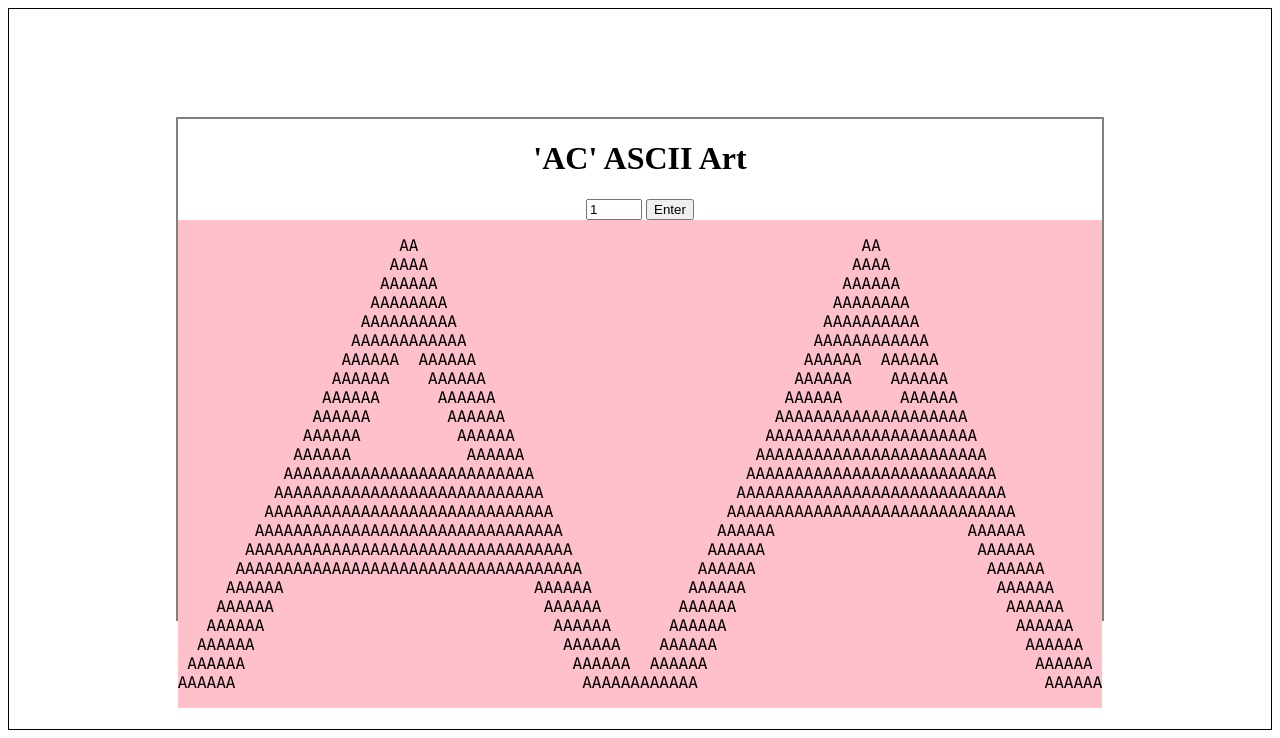
Repository: Achorn/ascii-art
Page: index.html
An editor plug-in stored every save of this project. The page is shown before and after the next save, followed by the edit.
The browser window is 1280 px wide. The pictures show the whole page.

Above is the page before, as saved 2021-08-09 18:08:07.

### index.html
<!DOCTYPE html>
<html lang="en">
  <head>
    <link rel="stylesheet" href="styles.css" />
    <meta charset="UTF-8" />
    <meta http-equiv="X-UA-Compatible" content="IE=edge" />
    <meta name="viewport" content="width=device-width, initial-scale=1.0" />
    <title>Document</title>
  </head>
  <body>
    <form>
      <h1>'AC' ASCII Art</h1>
      <input type="number" min="1" value="1" max="10" />
      <button>Enter</button>
      <div id="ascii-container">
        <div id="a-container">
          <p id="mono-a" style="font-family: 'Lucida Console', monospace"></p>
        </div>
        <div id="c-container">
          <p id="mono-c" style="font-family: 'Lucida Console', monospace"></p>
        </div>
      </div>
    </form>
    <script type="text/javascript" src="myscripts.js"></script>
  </body>
</html>

### styles.css
body {
  border: 1px solid black;
  display: flex;
  flex-direction: column;
  justify-content: center;
  align-items: center;
  height: 100vh;
}

form {
  border: 2px solid grey;
  height: 500px;
  /* width: 400px; */
  text-align: center;
}

#ascii-container {
  display: flex;
}

#a-container {
  background-color: pink;
}
#c-container {
  background-color: pink;
}
#mono-a {
  /* font-size: 25.5vw; */

  white-space: pre;
}
#mono-c {
  white-space: pre;
}

### myscripts.js
let four = [
  [" ", " ", " ", "A"],
  [" ", " ", "A", " "],
  [" ", "A", "A", "A"],
  ["A", " ", " ", " "],
];

let eight = [
  [" ", " ", " ", " ", " ", " ", " ", "A"],
  [" ", " ", " ", " ", " ", " ", "A", "A"],
  [" ", " ", " ", " ", " ", "A", "A", " "],
  [" ", " ", " ", " ", "A", "A", "A", "A"],
  [" ", " ", " ", "A", "A", "A", "A", "A"],
  [" ", " ", "A", "A", " ", " ", " ", " "],
  [" ", "A", "A", " ", " ", " ", " ", " "],
  ["A", "A", " ", " ", " ", " ", " ", " "],
];

function scaleSpread(array, factor) {
  const scaled = [];

  for (const row of array) {
    let x = [];

    for (const item of row) x.push(...Array(factor).fill(item));

    scaled.push(...Array(factor).fill(x));
  }

  return scaled;
}

function arrToString(arr) {
  let string = "";
  for (let i = 0; i < arr.length; i++) {
    string += arr[i].join("") + "<br>";
  }
  return string;
}

function halfArrToString(arr) {
  let string = "";
  for (let i = 0; i < arr.length; i++) {
    string += arr[i].join("");
    let rev = arr[i].slice();
    string += rev.reverse().join("");
    string += "<br>";
  }
  return string;
}
function trimA(arr, lWidth) {
  for (i = 0; i < arr.length; i++) {
    let disp = lWidth - (i % lWidth) - 1;
    let newArr = arr[i].slice();
    for (let j = 0; j < disp; j++) {
      newArr.pop();
      newArr.unshift(" ");
    }
    arr[i] = newArr;
  }
}

let monoA = document.getElementById("mono-a");
let monoC = document.getElementById("mono-c");
let scale = 6;
let scaledFour = scaleSpread(four, scale);
trimA(scaledFour, scale);

let scaledEight = scaleSpread(eight, 3);
trimA(scaledEight, 3);
// mono.innerHTML = halfArrToString(scaleSpread(four, 7));
// monoA.style.fontSize = `${4 / scale / 2}em`;
// monoC.style.fontSize = `${4 / scale}em`;
monoA.innerHTML = halfArrToString(scaledFour);
monoC.innerHTML = halfArrToString(scaledEight);
// mono.innerHTML += arrToString(scaleSpread(eight, 1));

After the next save:
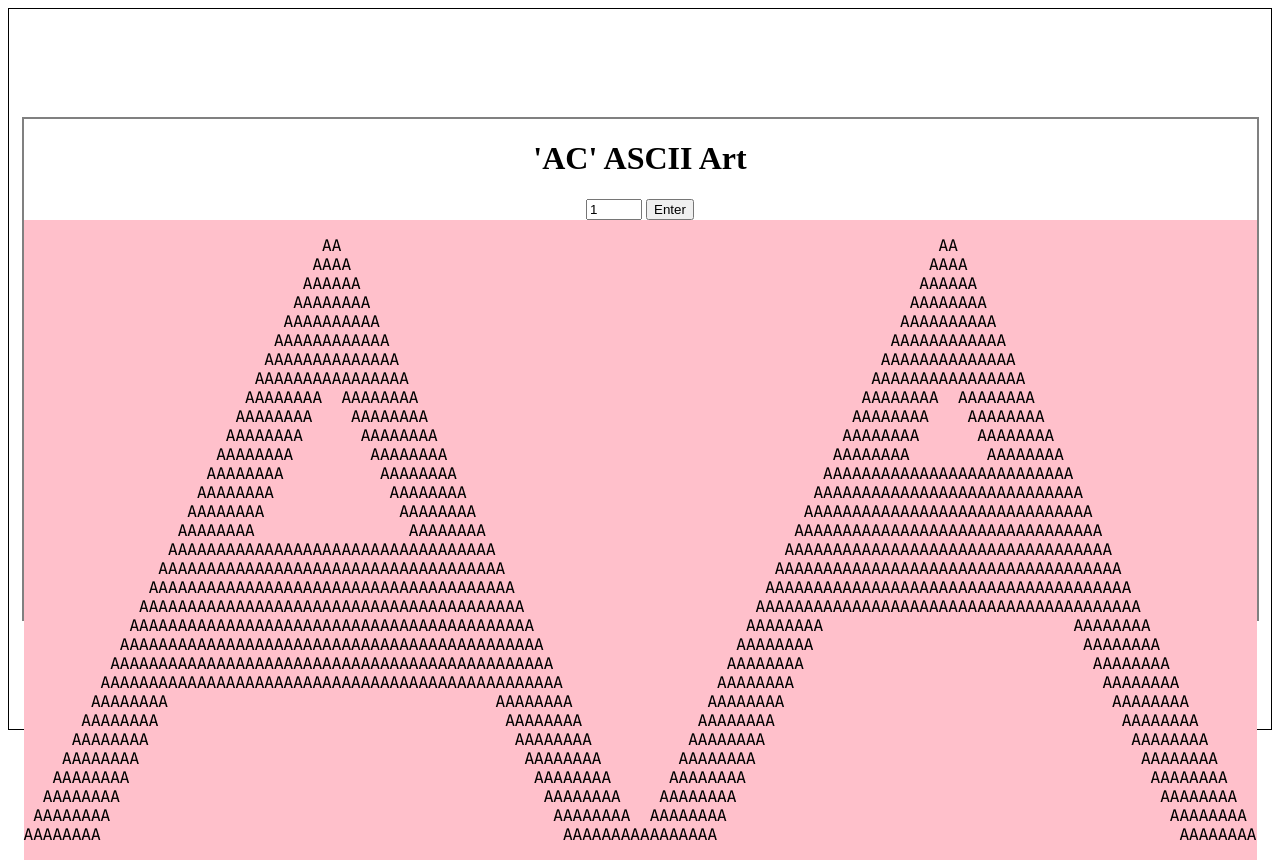
Saved 25 s later.
--- a/myscripts.js
+++ b/myscripts.js
@@ -62,12 +62,12 @@ function trimA(arr, lWidth) {
 
 let monoA = document.getElementById("mono-a");
 let monoC = document.getElementById("mono-c");
-let scale = 6;
+let scale = 8;
 let scaledFour = scaleSpread(four, scale);
 trimA(scaledFour, scale);
 
-let scaledEight = scaleSpread(eight, 3);
-trimA(scaledEight, 3);
+let scaledEight = scaleSpread(eight, 4);
+trimA(scaledEight, 4);
 // mono.innerHTML = halfArrToString(scaleSpread(four, 7));
 // monoA.style.fontSize = `${4 / scale / 2}em`;
 // monoC.style.fontSize = `${4 / scale}em`;
